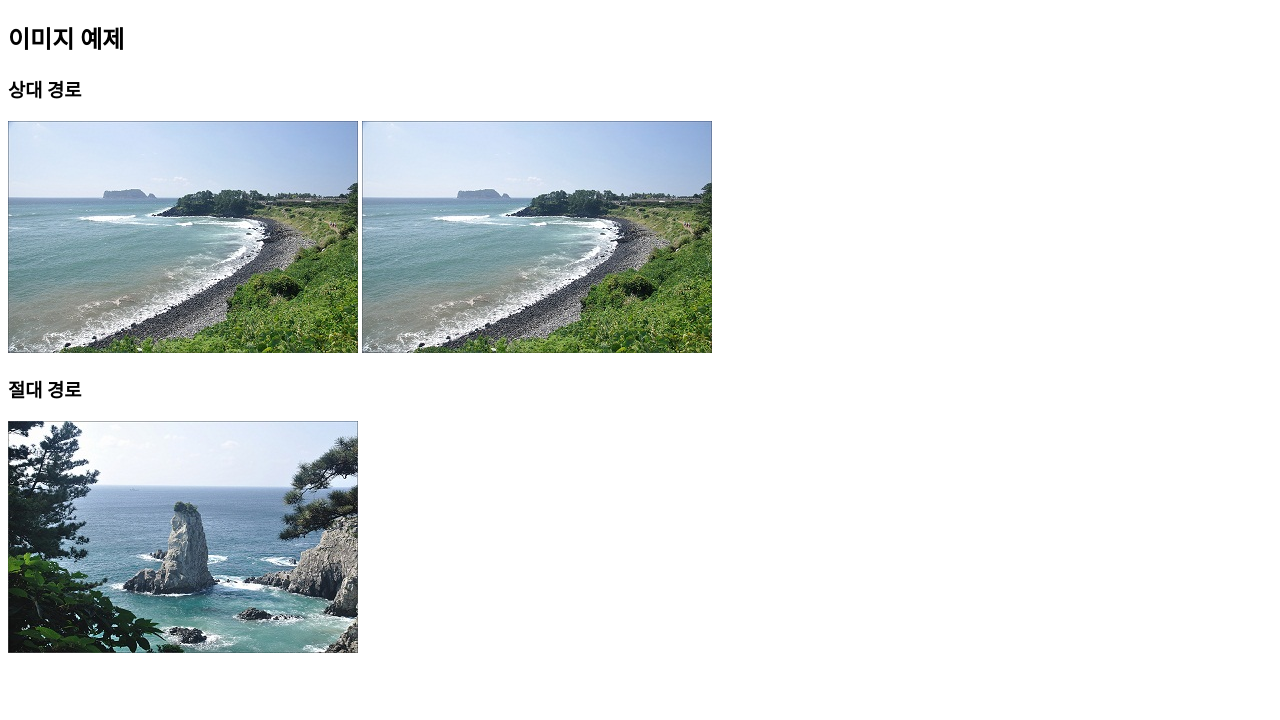
Repository: angelSuho/KCC_Learning_Repo
Page: Html/WebContent/image.html
The author's editor kept a copy of each file at every save. The page is drawn from the files as they stood at one save, then again after the next save.
The browser window is 1280 px wide. The pictures show the whole page.

Above is the page before, as saved 2024-07-08 03:17:39.

### Html/WebContent/image.html
<!DOCTYPE html>
<html>
<head>
<meta charset="UTF-8">
<title>Insert title here</title>
</head>
<body>
	<h2>이미지 예제</h2>
	<h3>상대 경로</h3>
	<img src="images/road1.jpg" alt=""/>
	<img src="./images/road1.jpg" alt=""/>
	<h3>절대 경로</h3>
	<img src="/Html/images/road2.jpg" alt=""/>
</body>
</html>

After the next save:
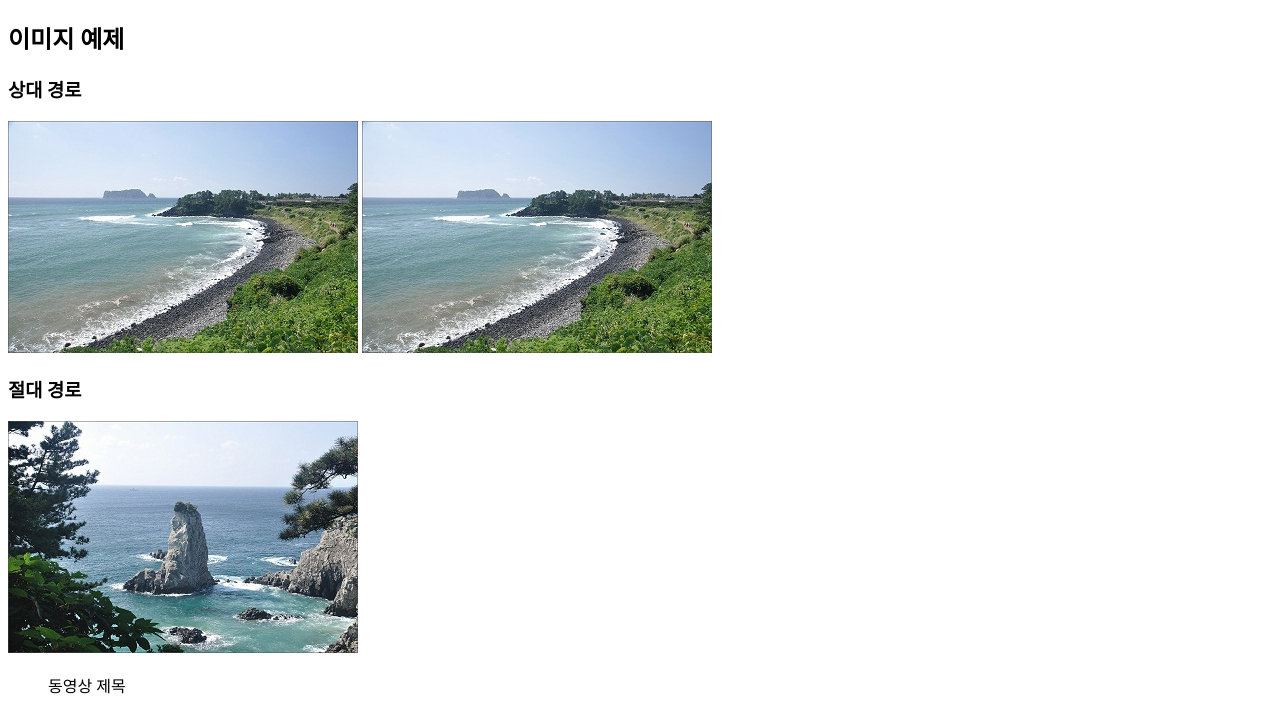
Saved 2 min 38 s later.
--- a/Html/WebContent/image.html
+++ b/Html/WebContent/image.html
@@ -11,5 +11,9 @@
 	<img src="./images/road1.jpg" alt=""/>
 	<h3>절대 경로</h3>
 	<img src="/Html/images/road2.jpg" alt=""/>
+
+	<figure>
+		<figcation>동영상 제목</figcation>
+	</figure>
 </body>
 </html>
